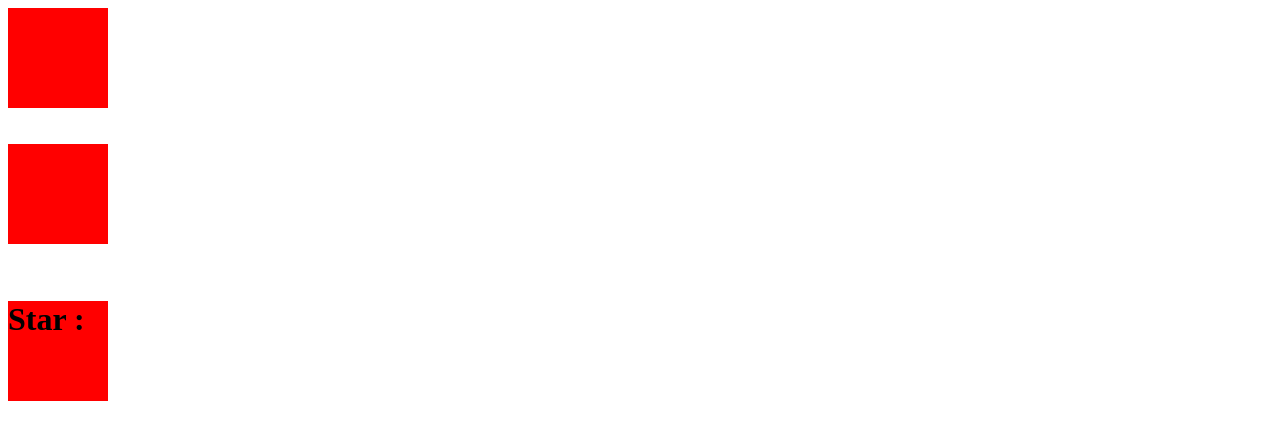
Repository: Shinhan1/shinhan
Page: http://localhost/web_goott/w20200324/w20200324_Test.jsp
An editor plug-in stored every save of this project. The page is shown before and after the next save, followed by the edit.
The browser window is 1280 px wide. The pictures show the whole page.
The page is served by Tomcat 9.

Above is the page before, as saved 2020-03-24 07:53:48.

### web_goott/WebContent/w20200324/w20200324_Test.jsp
<%@ page language="java" contentType="text/html; charset=UTF-8"
    pageEncoding="UTF-8"%>
<!DOCTYPE html>
<html>
<head>
<meta charset="UTF-8">
<title>Test01</title>
<style type="text/css">
	div{
		margin-left: 0px;
		width: 100px;
		height: 100px;
		background-color: red;
	}
</style>
<script src="https://ajax.googleapis.com/ajax/libs/jquery/3.4.1/jquery.min.js"></script>
<script type="text/javascript">
	$(function(){
		$('#div1').click(function(){
			$(this).animate({
				marginLeft: "+=100"
			}, 500);
			$(this).animate({
				width : "+=100"
			}, 500);
			$(this).animate({
				height : "+=100"
			}, 500);

		});

		$('#div2').click(function(){
			$(this).animate({
				marginLeft: "+=100"
			}, 500);
			$(this).animate({
				width : "+=100"
			}, 500);
			$(this).animate({
				height : "+=100"
			}, 500, function(){
				$(this).hide();
			});

		});

	});
</script>
</head>
<body>
	<div id="div1"></div>
	<br /><br />
	<div id="div2"></div>
	<br /><br />
	<div id="div3">
		<h1>Star : </h1>
	</div>

</body>
</html>

After the next save:
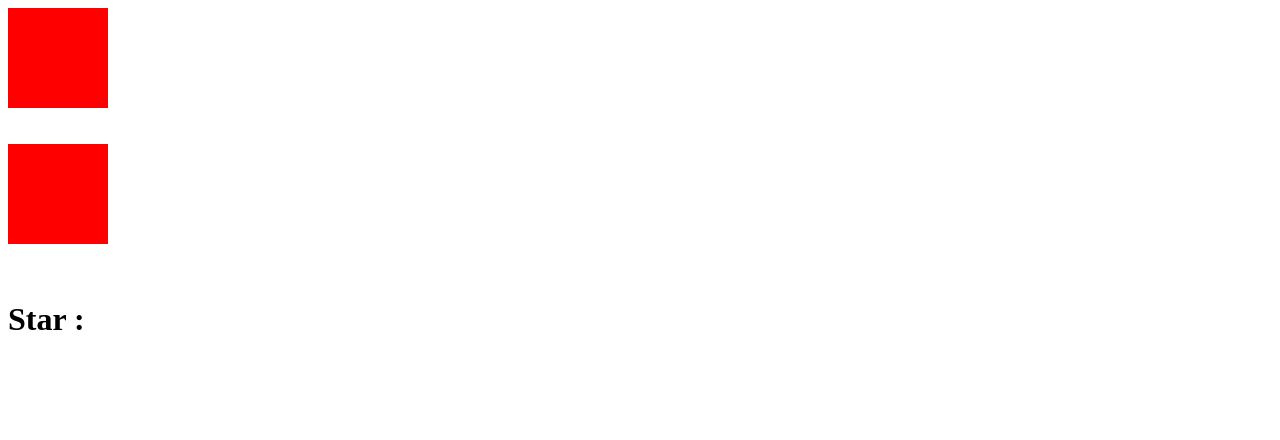
Saved 16 s later.
--- a/web_goott/WebContent/w20200324/w20200324_Test.jsp
+++ b/web_goott/WebContent/w20200324/w20200324_Test.jsp
@@ -52,9 +52,7 @@
 	<br /><br />
 	<div id="div2"></div>
 	<br /><br />
-	<div id="div3">
-		<h1>Star : </h1>
-	</div>
+	<h1>Star : <span></span></h1>
 
 </body>
 </html>
